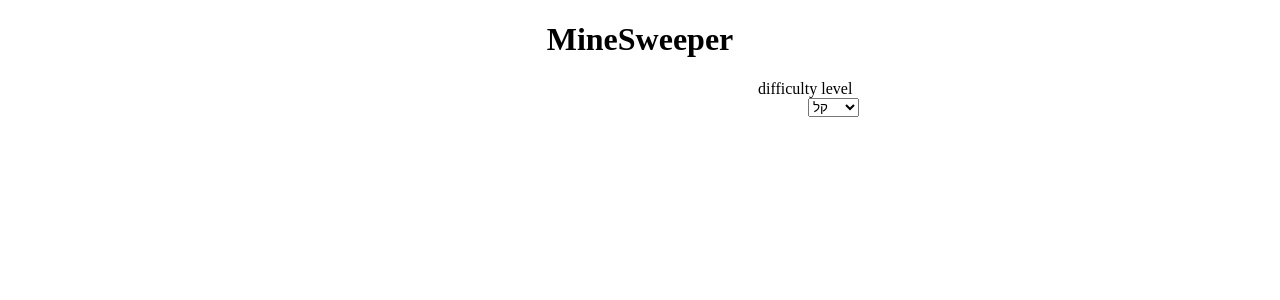
Repository: issaRan/MineSweeper
Page: html/index.html
The author's editor kept a copy of each file at every save. The page is drawn from the files as they stood at one save, then again after a run of saves.
The browser window is 1280 px wide. The pictures show the whole page.

Above is the page before, as saved 2020-10-20 15:49:48.

### html/index.html
<!DOCTYPE html>
<html lang="en">
<head>
    <meta charset="UTF-8">
    <meta name="viewport" content="width=device-width, initial-scale=1.0">
    <title>MineSweeper</title>
    <link rel="stylesheet" href="../css/styles.css">
    <script src="../js/index.js"></script>
</head>
<body>
    <h1>MineSweeper</h1>
    <label for="cars">difficulty level</label>
    <select id="cars">
    <option value="volvo">קל</option>
    <option value="saab">בינוני</option>
    <option value="opel">קשה</option>
    </select>
</body>
</html>

### css/styles.css
h1{
    text-align: center;
}
select {
    position: relative;
    margin-left: 800px;
}
label {
    margin-left: 750px;
}

### js/index.js
function myFunction(){
    alert("bUGA")
}

After the next 2 saves:
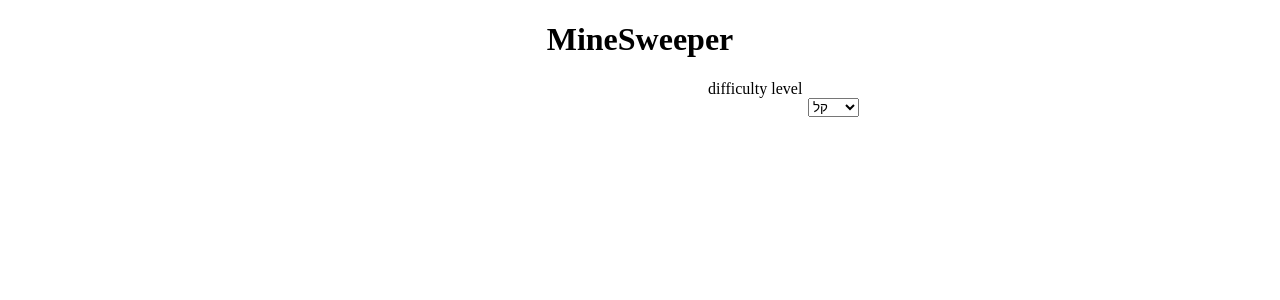
The 2 saves are shown as one change because they came seconds apart.
The last was saved 17 s later.
--- a/css/styles.css
+++ b/css/styles.css
@@ -2,9 +2,8 @@ h1{
     text-align: center;
 }
 select {
-    position: relative;
     margin-left: 800px;
 }
 label {
-    margin-left: 750px;
+    margin-left: 700px;
 }
